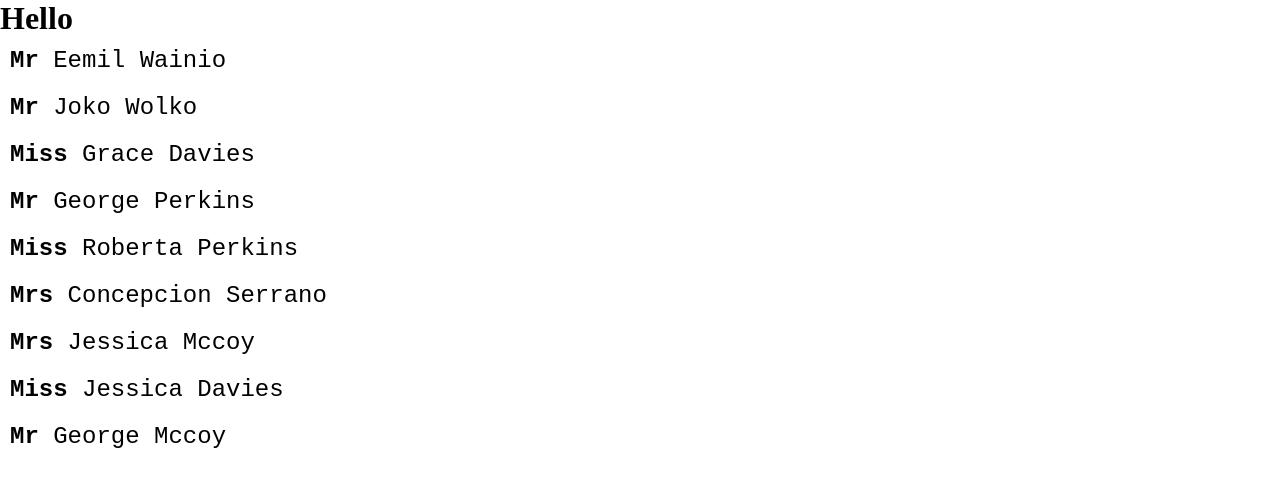
Repository: KrzysKolo/sr_tydzien5_zad4
Page: /
An editor plug-in stored every save of this project. The page is shown before and after the next save, followed by the edit.
The browser window is 1280 px wide. The pictures show the whole page.
The project was rebuilt for these pictures with package versions that can differ from the ones it lists, and the page was loaded fresh each time.

Above is the page before, as saved 2021-01-03 05:01:56.

After the next save:
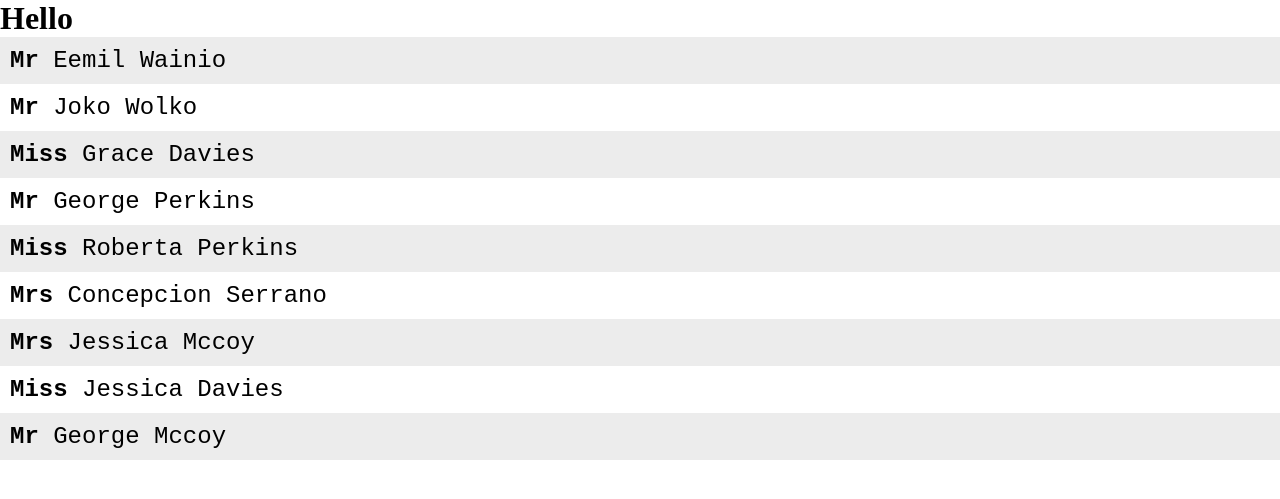
Saved 11 s later.
--- a/src/App.css
+++ b/src/App.css
@@ -10,5 +10,5 @@
   list-style: none;
 }
 .user:nth-child(odd) {
-  background: #fff;
+  background: #ececec;
 }
